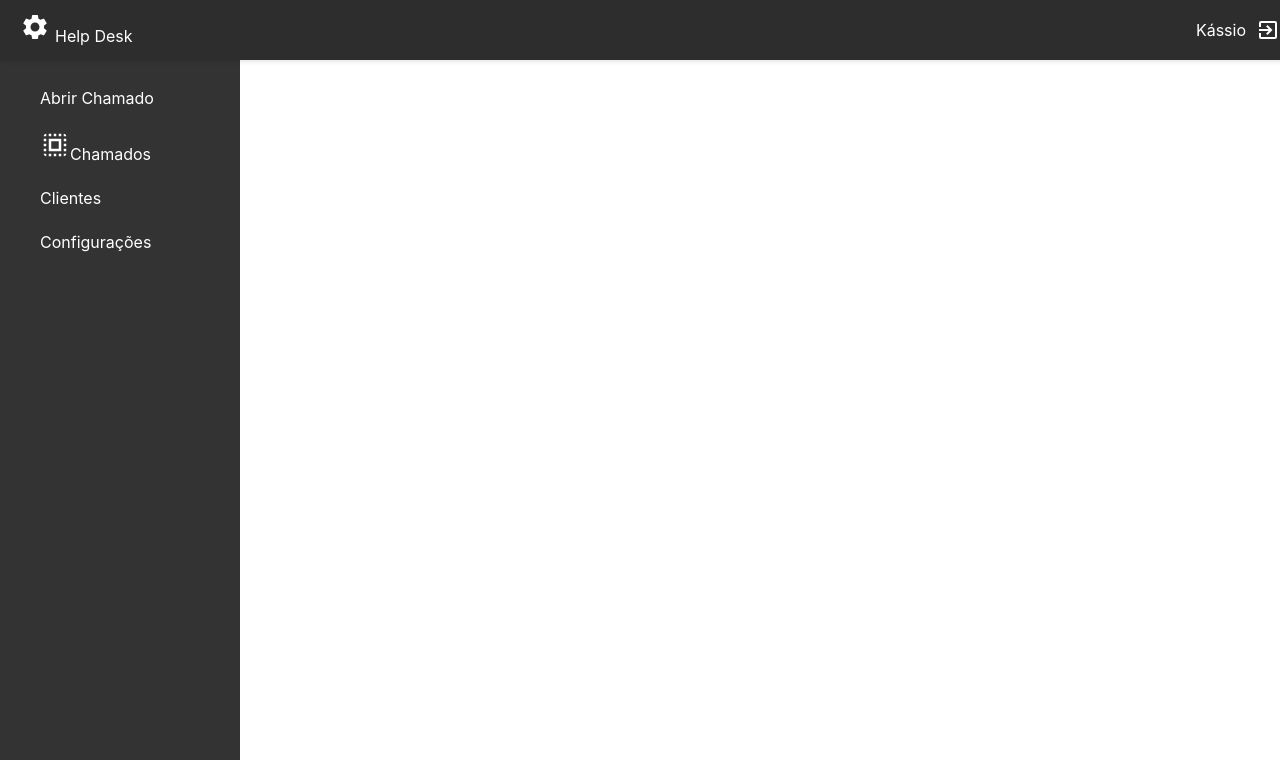
Repository: zkassimz/helpdesk
Page: /
An editor plug-in stored every save of this project. The page is shown before and after the next save, followed by the edit.
The browser window is 1280 px wide. The pictures show the whole page.
The project was rebuilt for these pictures with package versions that can differ from the ones it lists, and the page was loaded fresh each time. Also part of the build but not shown: vite.config.js, src/components/css/Chamados.css, src/components/Chamados.jsx, src/components/Clientes.jsx, src/components/Configuracoes.jsx.

Above is the page before, as saved 2024-04-02 12:45:16.

### index.html
<!doctype html>
<html lang="en">

  <body>
    <div id="root"></div>
    <script type="module" src="/src/main.jsx"></script>
  </body>
</html>

### src/App.jsx
// src/App.js
import React, { useState } from 'react';
import AppBar from './components/AppBar'; // Importando o componente AppBar
import Sidebar from './components/Sidebar';
import Chamados from './components/Chamados';
import Clientes from './components/Clientes';
import Configuracoes from './components/Configuracoes';
import './App.css';

function App() {
  const [currentPage, setCurrentPage] = useState('Dashboard');

  const renderPage = () => {
    switch (currentPage) {
      case 'Chamados':
        return <Chamados />;
      case 'Clientes':
        return <Clientes />;
      case 'Configuracoes':
        return <Configuracoes />;
      default:
        return <div>Página não encontrada</div>;
    }
  };

  return (
    <div className="app">
      <AppBar />
      <div className="content">
        <Sidebar setCurrentPage={setCurrentPage} />
        <div className="main-content">
          {renderPage()}
        </div>
      </div>
    </div>
  );
}

export default App;

### src/components/AppBar.jsx

import React from 'react';
import { MdAdd, MdSearch, MdExitToApp, MdSettings } from 'react-icons/md';
import './css/AppBar.css';

const AppBar = () => {


  return (
    <div className="appbar">
      <div className="appbar-left">


        <div className="appbar-item" onClick={() => console.log("Consultar/Atender")}>
          <MdSettings size={30} />
          <span>Help Desk</span>
        </div>
      </div>
      <div className="appbar-right">
        <span>Kássio </span>
        <div className="logout-button" onClick={() => console.log("Logout")}>
          <MdExitToApp size={24} />
        </div>
      </div>
    </div>
  );
};

export default AppBar;

### src/components/Sidebar.jsx
import React from 'react';
import './css/SideBar.css';
import { MdAdd, MdSearch, MdExitToApp, MdSettings, MdSelectAll } from 'react-icons/md';
const Sidebar = ({ setCurrentPage }) => {
  const handleClick = (page) => {
    setCurrentPage(page);
  };

  return (
    <div className="sidebar">
      <div className="sidebar-header">

      </div>
      <ul className="menu">
        <li onClick={() => handleClick('Chamados')}><div >

          <span>Abrir Chamado</span>
        </div></li>
        <li onClick={() => handleClick('Chamados')}> <MdSelectAll size={30} />Chamados</li>
        <li onClick={() => handleClick('Clientes')}>Clientes</li>
        <li onClick={() => handleClick('Configurações')}>Configurações</li>
      </ul>
    </div>
  );
};

export default Sidebar;

### src/App.css

.app {
  display: grid;
  grid-template-rows: auto 1fr;
  height: 100vh;
}
.sidebar {
  width: 200px;
  background-color: #333;
  color: #fff;
}

.main-content {
  flex: 1;
  overflow-y: auto;
}

.content {
  display: flex;
}

.sidebar-header {
  padding: 20px;
  text-align: center;
}

.menu {
  list-style-type: none;
  padding: 0;
}

.menu li {
  padding: 10px 20px;
  cursor: pointer;
}

.menu li:hover {
  background-color: #555;
}

### src/components/css/AppBar.css


.appbar {
    background-color: #2e2d2d;
    color: #fff;
    display: flex;
    justify-content: space-between;
    align-items: center;
    padding: 0 20px;
    height: 60px;
    width: 100%;
    position: fixed;
    top: 0;
    z-index: 1000;
    box-shadow: 0 2px 4px rgba(0, 0, 0, 0.1);
  }

  .appbar-left, .appbar-right {
    display: flex;
    align-items: center;
  }

  .appbar-item, .logout-button {
    cursor: pointer;
    margin-right: 20px;
    text-decoration: none;
    color: inherit;
    transition: all 0.3s ease;
  }

  .appbar-item:hover, .logout-button:hover {
    transform: translateY(-2px);
  }

  .appbar-item span {
    margin-left: 5px;
  }

  .logout-button {
    display: flex;
    align-items: center;
  }

  .logout-button span {
    margin-right: 10px;
  }
  .appbar-right {
    display: flex;
    align-items: center;
  }

  .appbar-right span {
    margin-right: 10px;
  }

  .logout-button {
    display: flex;
    align-items: center;
  }

### src/components/css/SideBar.css
.sidebar {
    width: 100px;
    background-color: #333;
    color: #fff;
    height: 100vh;
    padding: 20px;
  }

  .sidebar.open {
    width: 0;
  }

  @media (max-width: 768px) {
    .sidebar {
      width: 100%;
    }
  }


  @media (min-width: 1024px) {
    .sidebar {
      width: 300px;
    }
  }

Loaded but not shown: src/main.jsx (common file); src/index.css (common file)

After the next save:
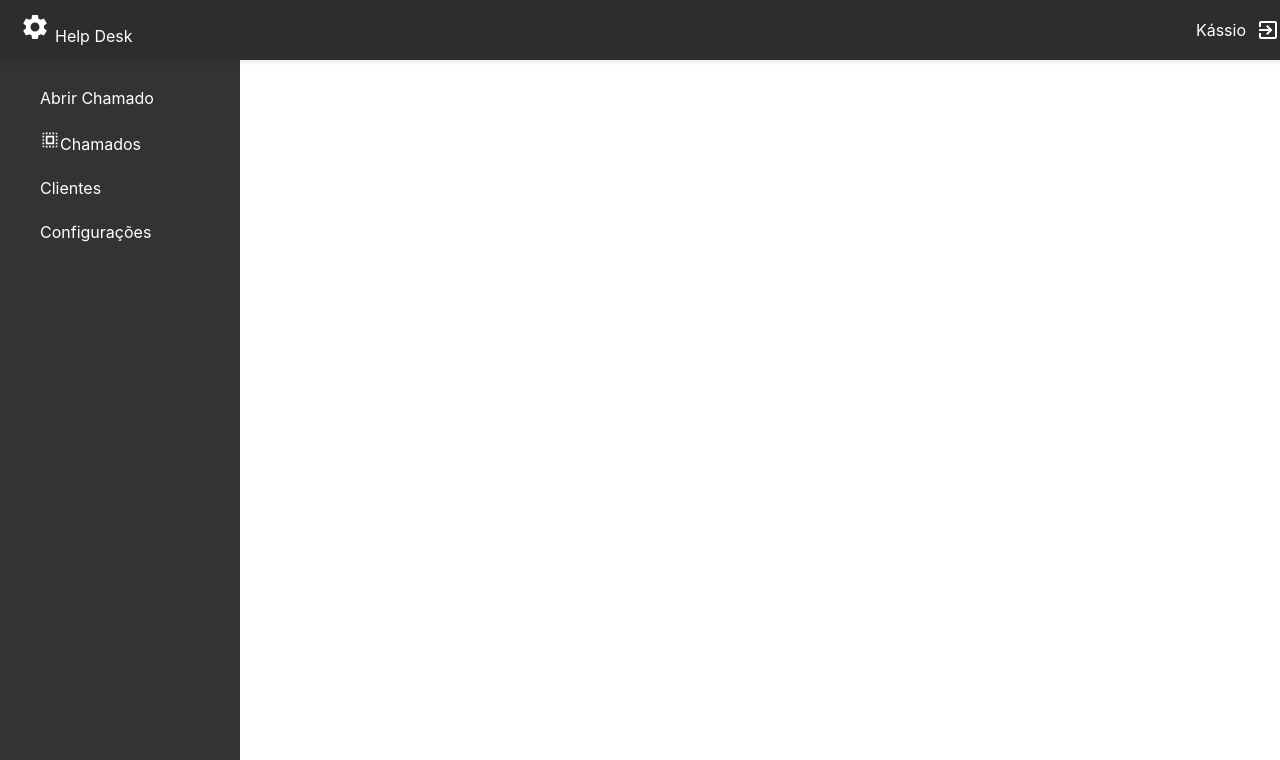
Saved 8 s later.
--- a/src/components/Sidebar.jsx
+++ b/src/components/Sidebar.jsx
@@ -16,7 +16,7 @@ const Sidebar = ({ setCurrentPage }) => {
 
           <span>Abrir Chamado</span>
         </div></li>
-        <li onClick={() => handleClick('Chamados')}> <MdSelectAll size={30} />Chamados</li>
+        <li onClick={() => handleClick('Chamados')}> <MdSelectAll size={20} />Chamados</li>
         <li onClick={() => handleClick('Clientes')}>Clientes</li>
         <li onClick={() => handleClick('Configurações')}>Configurações</li>
       </ul>
